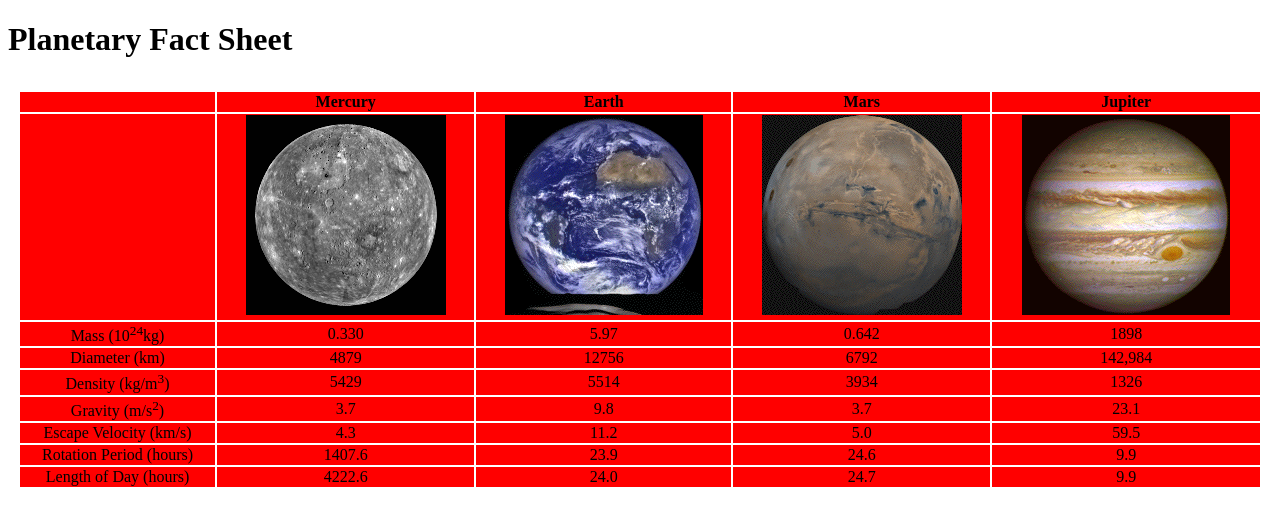
Repository: rishondass/ITMD361-Lab5
Page: index.html
The author's editor kept a copy of each file at every save. The page is drawn from the files as they stood at one save, then again after the next save.
The browser window is 1280 px wide. The pictures show the whole page.

Above is the page before, as saved 2023-02-22 19:05:39.

### index.html
<!DOCTYPE html>
<html lang="en">
<head>
  <meta charset="utf-8">
  <title>Planetary Fact Sheet</title>
  <link rel="stylesheet" href="css/style.css">
</head>
<body>
  <h1>Planetary Fact Sheet</h1>
  <table id="planets">
    <tr>
      <th></th>
      <th>Mercury</th>
      <th>Earth</th>
      <th>Mars</th>
      <th>Jupiter</th>
    </tr>
    <tr>
      <td></td>
      <td><img src="images/mercury.gif" alt="image_of_Mercury"></td>
      <td><img src="images/earth.gif" alt="image_of_Earth"></td>
      <td><img src="images/mars.gif" alt="image_of_Mars"></td>
      <td><img src="images/jupiter.gif" alt="image_of_Jupiter"></td>
    </tr>
    <tr class="data">
      <td>Mass (10<sup>24</sup>kg)</td>
      <td>0.330</td>
      <td>5.97</td>
      <td>0.642</td>
      <td>1898</td>
    </tr>
    <tr class="data">
      <td>Diameter (km)</td>
      <td>4879</td>
      <td>12756</td>
      <td>6792</td>
      <td>142,984</td>
    </tr>
    <tr class="data">
      <td>Density (kg/m<sup>3</sup>)</td>
      <td>5429</td>
      <td>5514</td>
      <td>3934</td>
      <td>1326</td>
    </tr>
    <tr class="data">
      <td>Gravity (m/s<sup>2</sup>)</td>
      <td>3.7</td>
      <td>9.8</td>
      <td>3.7</td>
      <td>23.1</td>
    </tr>
    <tr class="data">
      <td>Escape Velocity (km/s)</td>
      <td>4.3</td>
      <td>11.2</td>
      <td>5.0</td>
      <td>59.5</td>
    </tr>
    <tr class="data">
      <td>Rotation Period (hours)</td>
      <td>1407.6</td>
      <td>23.9</td>
      <td>24.6</td>
      <td>9.9</td>
    </tr>
    <tr class="data">
      <td>Length of Day (hours)</td>
      <td>4222.6</td>
      <td>24.0</td>
      <td>24.7</td>
      <td>9.9</td>
    </tr>
  </table>
</body>

### css/style.css
#planets {
	border: none;
  padding: 10px;
  /* background-color: aqua; */
  width: 100%;
  text-align: center;
  /* height: 80vh; */
}

#planets tr{
  background-color: red;
}

After the next save:
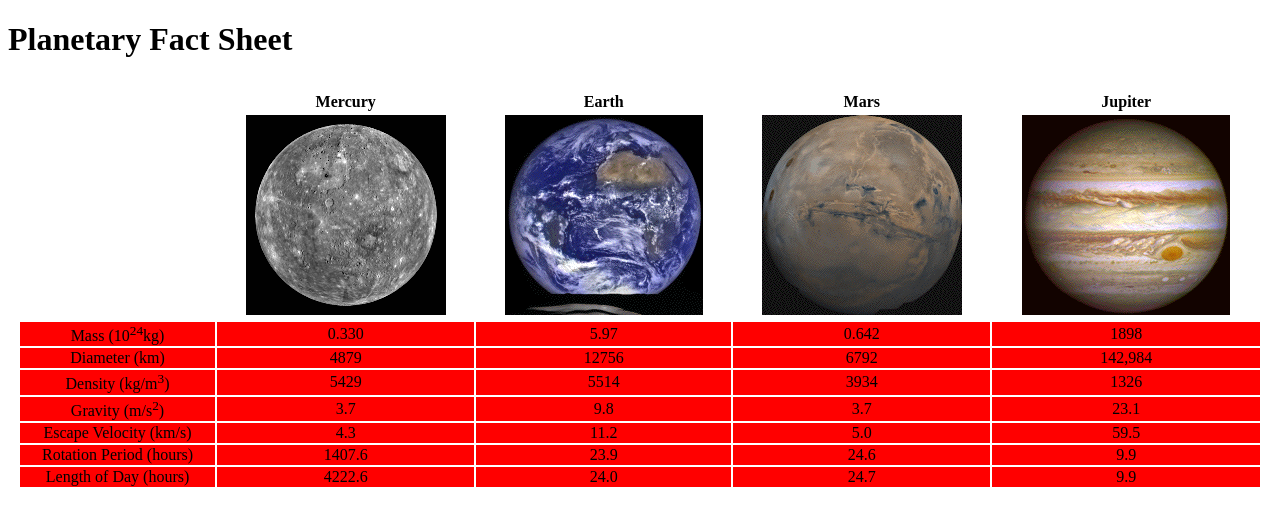
Saved 6 s later.
--- a/css/style.css
+++ b/css/style.css
@@ -7,6 +7,6 @@
   /* height: 80vh; */
 }
 
-#planets tr{
+.data {
   background-color: red;
 }
